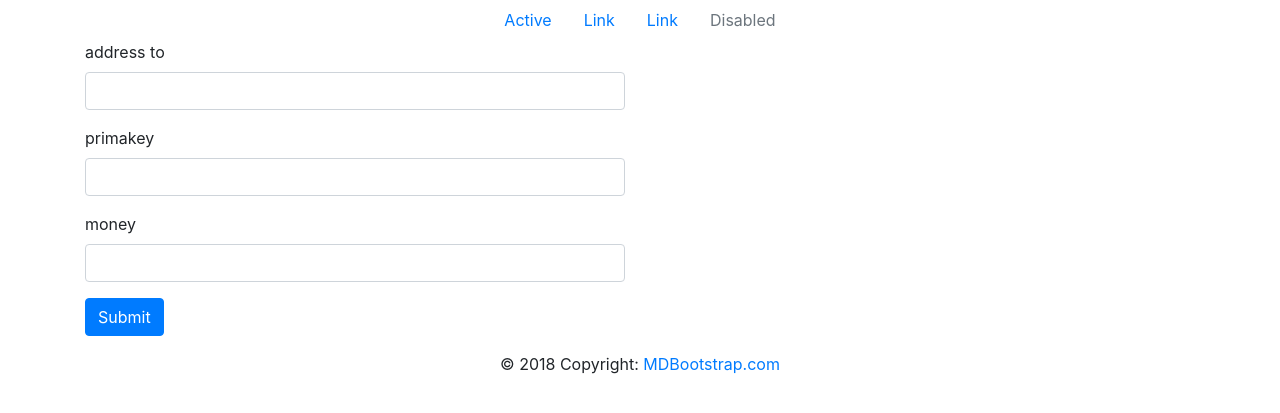
Repository: tienvins/vinsofts-blockchain-training-Oct2018
Page: http://localhost/
These files come from the project's save history. The page is drawn as it stood at one moment and after the next save; the edit follows.
The browser window is 1280 px wide. The pictures show the whole page.
The page is served by the project's Node server (index.js). Other server files are loaded and not shown.

Above is the page before, as saved 2018-11-06 09:38:05.

### tunglt/dappbetting/views/home/index.ejs
<% include ../layouts/header.ejs %>
<!-- Header End -->

<div class="container">
  <div class="row">
    <div class="col-md-6">
      <form method="POST" action="transfer">
        <div class="form-group">
          <label>address to</label>
          <input type="text" class="form-control" name="address_to">
        </div>
        <div class="form-group">
          <label>primakey</label>
          <input type="text" class="form-control" name="privatekey">
        </div>
        <div class="form-group">
          <label>money</label>
          <input type="number" class="form-control" name="money">
        </div>
        <button type="submit" class="btn btn-primary">Submit</button>
      </form>
    </div>
  </div>
</div>

<!-- Footer -->
<% include ../layouts/footer.ejs %>

### tunglt/dappbetting/views/layouts/header.ejs
<!DOCTYPE html>
<html lang="en">
<head>
<meta charset="utf-8">
<title>SimpleOne - A Responsive Html5 Ecommerce Template</title>
<meta name="viewport" content="width=device-width, initial-scale=1.0">
<meta name="description" content="">
<meta name="author" content="">
<link rel="stylesheet" href="https://stackpath.bootstrapcdn.com/bootstrap/4.1.3/css/bootstrap.min.css" integrity="sha384-MCw98/SFnGE8fJT3GXwEOngsV7Zt27NXFoaoApmYm81iuXoPkFOJwJ8ERdknLPMO" crossorigin="anonymous">

<!-- HTML5 shim, for IE6-8 support of HTML5 elements -->
<!--[if lt IE 9]>
      <script src="http://html5shim.googlecode.com/svn/trunk/html5.js"></script>
    <![endif]-->
<!-- fav -->
<link rel="shortcut icon" href="assets/ico/favicon.html">
</head>
<body>
<!-- Header Start -->
<ul class="nav justify-content-center">
  <li class="nav-item">
    <a class="nav-link active" href="#">Active</a>
  </li>
  <li class="nav-item">
    <a class="nav-link" href="#">Link</a>
  </li>
  <li class="nav-item">
    <a class="nav-link" href="#">Link</a>
  </li>
  <li class="nav-item">
    <a class="nav-link disabled" href="#">Disabled</a>
  </li>
</ul>

### tunglt/dappbetting/views/layouts/footer.ejs
<!-- Footer -->
<footer class="page-footer font-small blue">

  <!-- Copyright -->
  <div class="footer-copyright text-center py-3">© 2018 Copyright:
    <a href="https://mdbootstrap.com/bootstrap-tutorial/"> MDBootstrap.com</a>
  </div>
  <!-- Copyright -->

</footer>
<!-- Footer -->
<!-- javascript
    ================================================== -->
<!-- Placed at the end of the document so the pages load faster -->
<script src="https://cdnjs.cloudflare.com/ajax/libs/jquery/3.3.1/jquery.min.js"></script>

<script src="https://code.jquery.com/jquery-3.3.1.slim.min.js" integrity="sha384-q8i/X+965DzO0rT7abK41JStQIAqVgRVzpbzo5smXKp4YfRvH+8abtTE1Pi6jizo" crossorigin="anonymous"></script>
<script src="https://cdnjs.cloudflare.com/ajax/libs/popper.js/1.14.3/umd/popper.min.js" integrity="sha384-ZMP7rVo3mIykV+2+9J3UJ46jBk0WLaUAdn689aCwoqbBJiSnjAK/l8WvCWPIPm49" crossorigin="anonymous"></script>
<script src="https://stackpath.bootstrapcdn.com/bootstrap/4.1.3/js/bootstrap.min.js" integrity="sha384-ChfqqxuZUCnJSK3+MXmPNIyE6ZbWh2IMqE241rYiqJxyMiZ6OW/JmZQ5stwEULTy" crossorigin="anonymous"></script>
</body>
</html>

### tunglt/dappbetting/index.js
const express  = require('express');
var path       = require('path');
const app      = express();
const bodyParser = require('body-parser');
app.use(bodyParser.urlencoded({ extended: false }));


app.listen(3000, () => console.log('Example app listening on port 3000!'))

app.use(express.static(path.join(__dirname, 'public')));
app.set('views', path.join(__dirname, 'views'));
app.set('view engine', 'ejs');

var index = require('./routes/index');
app.use('/',index);

### tunglt/dappbetting/routes/index.js
var app    = require('express');
var router = app.Router();

const contract = require('../node/f');
const web3     = contract.web3;


/* GET home page. */
router.get('/', function (req, res) {
	res.render('home/index', {
		// product: data,
		// cate: cate
	});
});

router.get('/cate/:name.:id.html', function (req, res) {
	res.render('site/page/cate', {
		product: data,
		cate: cate
	});
});


router.get('/getbalance/:address', function (req, res) {
	if (web3.utils.isAddress(req.params.address)) {
		try {
			contract.getBalances(req.params.address)
				.then(function (balance) {
					res.send(balance);
				});;
		} catch (error) {
			res.send(error);
		}
	} else {
		res.send('not found address');
	}
});

router.post('/transfer', function (req, res) {
	if (web3.utils.isAddress(req.body.address_to)) {
		contract.sendToken(req.body.address_to, req.body.money,req.body.privatekey)
				.then(function (rs) {
					res.send(rs);
				});
	} else {
		res.send('not found address');
	}
});








module.exports = router;

### tunglt/dappbetting/node/f.js
const Web3     = require('web3');
const link     = "http://localhost:7545";  //http://localhost:7545
const web3     = new Web3(Web3.givenProvider || new Web3.providers.HttpProvider(link));
const Config   = require('./../CONFIG');
const Tx       = require('ethereumjs-tx');
var Wallet     = require('ethereumjs-wallet');
var EthUtil    = require('ethereumjs-util');
var fs         = require('fs');
var myContract = new web3.eth.Contract(Config.abi, Config.contractAdress, {
   from        : Config.address,
   data        : Config.dataContract,
//    gas         : '4700000'
});

function read(f) {
   return fs.readFileSync(f).toString();
}

function include(f) {
   eval.apply(global, [read(f)]);
}

// myContract.events.Transfer({  })
// .on("data", function(event) {
//   console.log(event)
// }).on("error", console.error);

async function getRaw(privateKey) {
   var privateKeyclone = Object.assign(privateKey);
   try {
      var privateKeyBuffer = EthUtil.toBuffer(privateKey);
      var wallet = Wallet.fromPrivateKey(privateKeyBuffer);
   } catch (error) {
      var privateKeyBuffer = new Buffer(privateKey, 'hex');
      var wallet = Wallet.fromPrivateKey(privateKeyBuffer);
   }
   var publicKey = wallet.getAddressString();
   var transactionCount = await web3.eth.getTransactionCount(publicKey);
   return {
      wallet,
      privateKeyclone,
      privateKeyBuffer,
      publicKey,
      transactionCount
   };
}

module.exports = {
   web3: web3,
   getBalances: async function getBalances(address) { // get tiền của 1 địa chỉ account
      var balances = await myContract.methods.balanceOf(address).call();
      return balances;
   },
   sendToken: async function sendToken(address_to, int_value, privateKey) { // gui tien cho 1 tai khoan
      var rs = await getRaw(privateKey);
      var methodData = await myContract.methods.transfer(address_to, int_value).encodeABI();
      var rawTx = {
         nonce: rs.transactionCount,
         gasPrice: web3.utils.toHex(web3.utils.toWei('1', 'wei')),
         gasLimit: web3.utils.toHex(web3.utils.toWei('900000', 'wei')),
         to: Config.contractAdress,
         from: rs.publicKey,
         data: methodData
      }

      var tx = new Tx(rawTx);
      tx.sign(rs.privateKeyBuffer);

      var serializedTx = tx.serialize();
      var sendSignedTransaction = await web3.eth.sendSignedTransaction('0x' + serializedTx.toString('hex'));
      return sendSignedTransaction;
   },


}

After the next save:
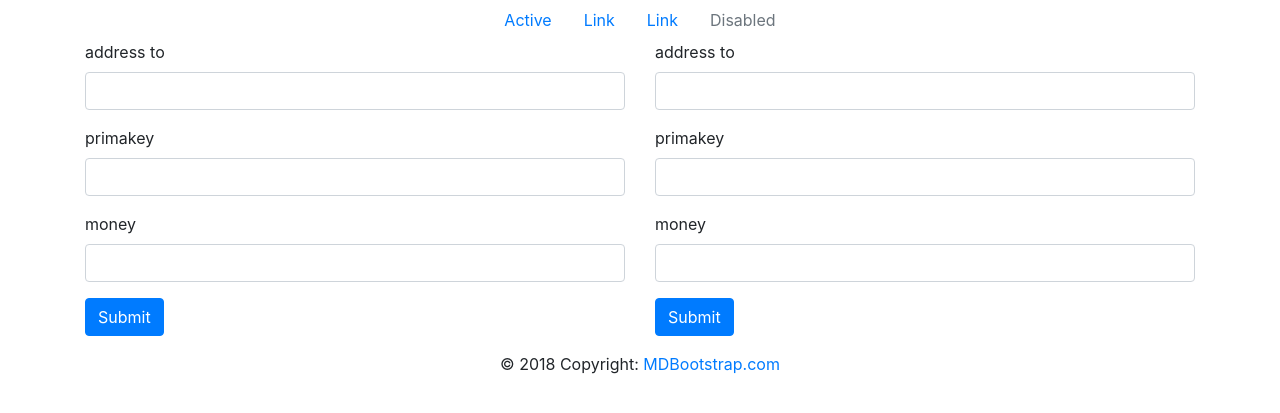
Saved 9 s later.
--- a/tunglt/dappbetting/views/home/index.ejs
+++ b/tunglt/dappbetting/views/home/index.ejs
@@ -20,6 +20,23 @@
         <button type="submit" class="btn btn-primary">Submit</button>
       </form>
     </div>
+    <div class="col-md-6">
+      <form method="POST" action="transfer">
+        <div class="form-group">
+          <label>address to</label>
+          <input type="text" class="form-control" name="address_to">
+        </div>
+        <div class="form-group">
+          <label>primakey</label>
+          <input type="text" class="form-control" name="privatekey">
+        </div>
+        <div class="form-group">
+          <label>money</label>
+          <input type="number" class="form-control" name="money">
+        </div>
+        <button type="submit" class="btn btn-primary">Submit</button>
+      </form>
+    </div>
   </div>
 </div>
 
